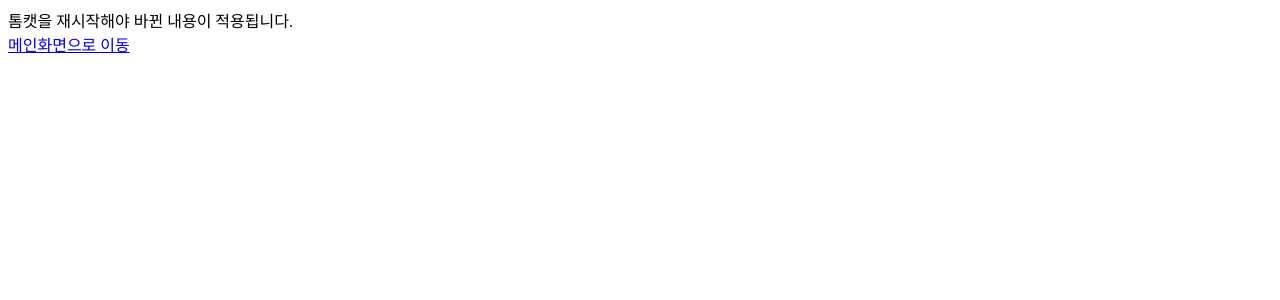
Repository: HeeJaeRA/Yedam
Page: http://localhost/helloWeb/LoginServlet
These files come from the project's save history. The page is drawn as it stood at one moment and after the next save; the edit follows.
The browser window is 1280 px wide. The pictures show the whole page.
The page is served by Tomcat 9.

Above is the page before, as saved 2023-10-24 01:19:58.

### Dev/workspace/helloWeb/src/main/java/org/yedam/LoginServlet.java
package org.yedam;

import java.io.IOException;
import java.io.PrintWriter;

import javax.servlet.ServletException;
import javax.servlet.annotation.WebServlet;
import javax.servlet.http.HttpServlet;
import javax.servlet.http.HttpServletRequest;
import javax.servlet.http.HttpServletResponse;

@WebServlet("/LoginServlet")
public class LoginServlet extends HttpServlet {
	private static final long serialVersionUID = 1L;

    public LoginServlet() {
        super();
    }

	protected void doGet(HttpServletRequest request, HttpServletResponse response) throws ServletException, IOException {
		//response.getWriter().append("Served at: ").append(request.getContextPath());
		response.setCharacterEncoding("UTF-8");
		response.setContentType("text/html charset=UTF-8");
		PrintWriter out = response.getWriter(); // 출력스트림
		out.print("톰캣을 재시작해야 바뀐 내용이 적용됩니다.");
		out.print("<br><a href = 'index.html'>메인화면으로 이동</a>");
	}

	protected void doPost(HttpServletRequest request, HttpServletResponse response) throws ServletException, IOException {
		doGet(request, response);
	}

}

After the next save:
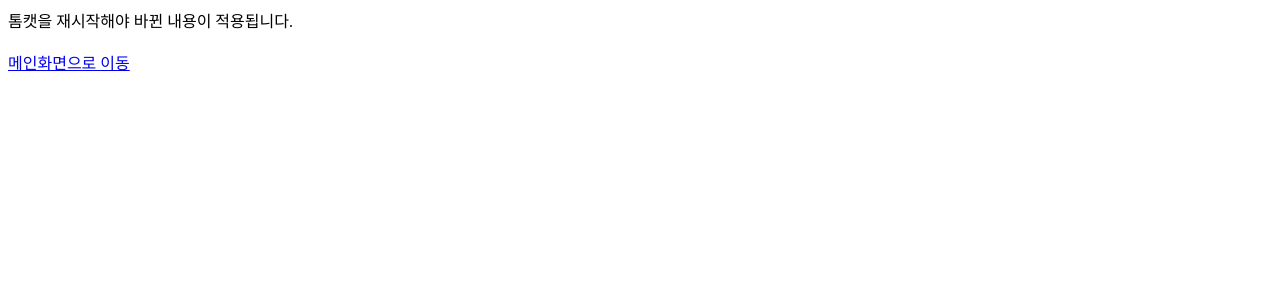
Saved 15 s later.
--- a/Dev/workspace/helloWeb/src/main/java/org/yedam/LoginServlet.java
+++ b/Dev/workspace/helloWeb/src/main/java/org/yedam/LoginServlet.java
@@ -23,7 +23,7 @@ public class LoginServlet extends HttpServlet {
 		response.setContentType("text/html charset=UTF-8");
 		PrintWriter out = response.getWriter(); // 출력스트림
 		out.print("톰캣을 재시작해야 바뀐 내용이 적용됩니다.");
-		out.print("<br><a href = 'index.html'>메인화면으로 이동</a>");
+		out.print("<br><br><a href = 'index.html'>메인화면으로 이동</a>");
 	}
 
 	protected void doPost(HttpServletRequest request, HttpServletResponse response) throws ServletException, IOException {
